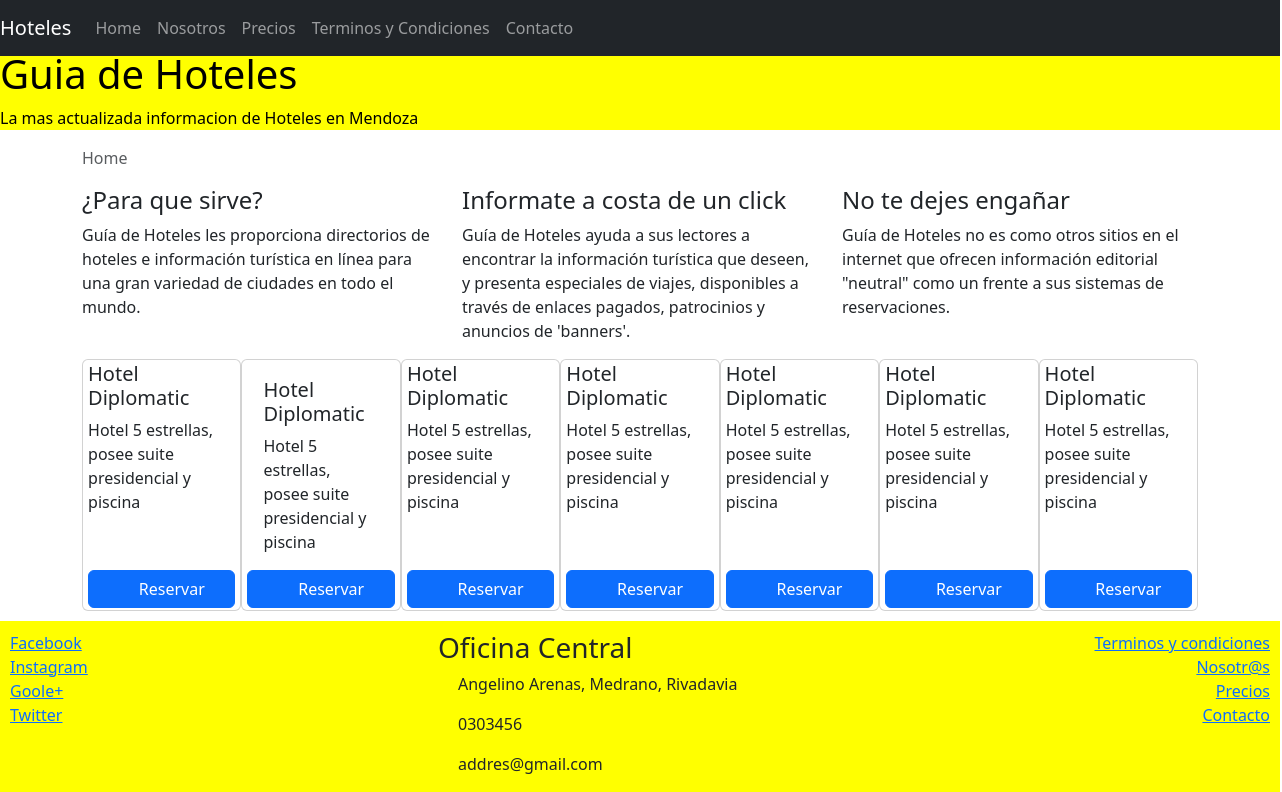
Repository: JulianMoralesSantoni/PaginaHoteles
Page: index.html
An editor plug-in stored every save of this project. The page is shown before and after the next save, followed by the edit.
The browser window is 1280 px wide. The page is 1282 px wide, so the pictures cover 1282 px, including what lies to the right of the window. The pictures show the whole page.
Some web fonts or font styles are not loaded; a fallback is used. Some web libraries are served in a nearby version.

Above is the page before, as saved 2021-03-30 01:08:39.

### index.html
<!doctype html>
<html lang="en">
  <head>
    <!-- Required meta tags -->
    <meta charset="utf-8">
    <meta name="viewport" content="width=device-width, initial-scale=1, shrink-to-fit=no">

    <!-- Bootstrap CSS -->
    <link rel="stylesheet" href="node_modules/bootstrap/dist/css/bootstrap.min.css" >
    <link rel="stylesheet" href="css/main.css" >
    <link rel="stylesheet" href="node_modules/open-iconic/font/css/open-iconic-bootstrap.min.css" >

    <title>Guia de Hoteles</title>
  </head>
  <body>
    <nav class="navbar navbar-expand-md navbar-dark bg-dark fixed-top" >
      <a class="navbar-brand" href="./index.html">Hoteles</a>
      <button class="navbar-toggler" type="button" data-toggle="collapse" data-target="#navbarNav" aria-controls="navbarNav" aria-expanded="false" aria-label="Toggle navigation">
        <span class="navbar-toggler-icon"></span>
      </button>
      <div class="collapse navbar-collapse" id="navbarNav">
        <ul class="navbar-nav">
          <li class="nav-item active">
            <a class="nav-link" href="./index.html">Home </a>
          </li>
          <li class="nav-item">
            <a class="nav-link" href="./about.html">Nosotros</a>
          </li>
          <li class="nav-item">
            <a class="nav-link" href="./Precios.html">Precios</a>
          </li>
          <li class="nav-item">
            <a class="nav-link" href="#">Terminos y Condiciones</a>
          </li>
          <li class="nav-item">
            <a class="nav-link" href="./contacto.html">Contacto</a>
          </li>
        </ul>
      </div>
    </nav>
    <div class="jumbotron">
      <h1>Guia de Hoteles</h1>

      <p>La mas actualizada informacion de Hoteles en Mendoza</p>
    </div>

    <div class="container">
      <nav aria-label="breadcrumb">
        <ol class="breadcrumb">
          <li class="breadcrumb-item active" aria-current="page">Home</li>
        </ol>
      </nav>


       <div class="row">
          <div class="col-sm-4 ">
            <h4>¿Para que sirve?</h4>
                  <p>Guía de Hoteles les proporciona directorios de hoteles e información turística en línea para una gran variedad de ciudades en todo el mundo.</p>
          </div>
          <div class="col-sm-4 ">
            <h4>Informate a costa de un click</h4>
                  <p>Guía de Hoteles ayuda a sus lectores a encontrar la información turística que deseen, y presenta especiales de viajes, disponibles a través de enlaces pagados, patrocinios y anuncios de 'banners'.</p>
          </div>
          <div class="col-sm-4 ">
            <h4>No te dejes engañar</h4>

                  <p>Guía de Hoteles no es como otros sitios en el internet que ofrecen información editorial "neutral" como un frente a sus sistemas de reservaciones.</p>
          </div>



    <div class="d-flex flex-wrap flex-row-reverse">
       <div class=" card card-hotel d-flex flex-column justify-content-between ">
           <div>
             <h5>Hotel Diplomatic</h5>
              <p>Hotel 5 estrellas, posee suite presidencial y piscina</p></div>
              <div><button class="btn btn-primary  btn-reserva"><span class="oi oi-plus footer-address-icon" ></span>Reservar</button></div>
            </div>


    <div class="card card-hotel d-flex flex-column justify-content-between">
      <div> <h5>Hotel Diplomatic</h5>
              <p>Hotel 5 estrellas, posee suite presidencial y piscina</p></div>
              <div><button class="btn btn-primary btn-reserva"><span class="oi oi-plus footer-address-icon" ></span>Reservar</button></div>


    </div>

    <div class="card card-hotel d-flex flex-column justify-content-between">

       <div><h5>Hotel Diplomatic</h5>
              <p>Hotel 5 estrellas, posee suite presidencial y piscina</p></div>
              <div><button class="btn btn-primary btn-reserva"><span class="oi oi-plus footer-address-icon" ></span>Reservar</button></div>

    </div>

    <div class="card card-hotel d-flex flex-column justify-content-between">
       <div><h5>Hotel Diplomatic</h5>
              <p>Hotel 5 estrellas, posee suite presidencial y piscina</p></div>
              <div><button class="btn btn-primary btn-reserva"><span class="oi oi-plus footer-address-icon" ></span>Reservar</button></div>

    </div>

    <div class=" card card-hotel d-flex flex-column justify-content-between">
           <div>
             <h5>Hotel Diplomatic</h5>
              <p>Hotel 5 estrellas, posee suite presidencial y piscina</p></div>
              <div><button class="btn btn-primary  btn-reserva"><span class="oi oi-plus footer-address-icon" ></span>Reservar</button></div>
            </div>

  <div class="card card-hotel d-flex flex-column justify-content-between">
           <div class="card-body">
             <h5 class="card-title">Hotel Diplomatic</h5>
              <p class="card-text">Hotel 5 estrellas, posee suite presidencial y piscina</p></div>
              <div><button class="btn btn-primary  btn-reserva"><span class="oi oi-plus footer-address-icon" ></span>Reservar</button></div>
            </div>
  <div class="card card-hotel d-flex flex-column justify-content-between">
           <div>
             <h5>Hotel Diplomatic</h5>
              <p>Hotel 5 estrellas, posee suite presidencial y piscina</p></div>
              <div><button class="btn btn-primary  btn-reserva"><span class="oi oi-plus footer-address-icon" ></span>Reservar</button></div>
            </div>




    </div>
  </div>
</div>

 <footer>
   <div class="row">
     <div class="col-sm-4 d-flex flex-column ">
      <a href="http:www.facebook.com"><span class="iconic iconic-social-facebook iconic-sm" title="social facebook" aria-hidden="true"></span>Facebook</a>
      <a href="http:www.instagram">Instagram</a>
      <a href="http:www.google.com">Goole+</a>
      <a href="http:www.Twitter.com"><span class="iconic iconic-social-twitter iconic-sm" title="social twitter" aria-hidden="true"></span>Twitter</a>
     </div>
   <div class="col-sm-4">
    <address>
      <h3>Oficina Central</h3>
      <p><span class="oi oi-home footer-address-icon" ></span>Angelino Arenas, Medrano, Rivadavia</p>
      <p><span class="oi oi-phone footer-address-icon" > </span>0303456</p>
      <p><span class="oi oi-inbox footer-address-icon" ></span>addres@gmail.com</p>


    </address>
  </div>
  <div class="col-sm-4 d-flex flex-column align-items-end">
     <a href="http:www.facebook.com">Terminos y condiciones</a>
      <a href="http:www.instagram">Nosotr@s</a>
      <a href="http:www.google.com">Precios</a>
      <a href="http:www.Twitter.com">Contacto</a>


  </div>


 </footer>


    <!-- Optional JavaScript -->
    <!-- jQuery first, then Popper.js, then Bootstrap JS -->
 <!--<script src="node_modules/jquery/dist/jquery.min.js" integrity="sha384-DfXdz2htPH0lsSSs5nCTpuj/zy4C+OGpamoFVy38MVBnE+IbbVYUew+OrCXaRkfj" crossorigin="anonymous"></script>
    <script src="node_modules/popper.js/dist/popper.min.js" integrity="sha384-9/reFTGAW83EW2RDu2S0VKaIzap3H66lZH81PoYlFhbGU+6BZp6G7niu735Sk7lN" crossorigin="anonymous"></script>
    <script src="node_modules/bootstrap/dist/js/bootstrap.min.js" integrity="sha384-B4gt1jrGC7Jh4AgTPSdUtOBvfO8shuf57BaghqFfPlYxofvL8/KUEfYiJOMMV+rV" crossorigin="anonymous"></script> -->
    <script src="https://code.jquery.com/jquery-3.5.1.slim.min.js" integrity="sha384-DfXdz2htPH0lsSSs5nCTpuj/zy4C+OGpamoFVy38MVBnE+IbbVYUew+OrCXaRkfj" crossorigin="anonymous"></script>
<script src="https://cdn.jsdelivr.net/npm/bootstrap@4.5.3/dist/js/bootstrap.bundle.min.js" integrity="sha384-ho+j7jyWK8fNQe+A12Hb8AhRq26LrZ/JpcUGGOn+Y7RsweNrtN/tE3MoK7ZeZDyx" crossorigin="anonymous"></script>
  </body>
</html>

### css/main.css
.jumbotron{

	background-color: yellow;
	color:black;
	margin-top: 50px;

}


footer{
	padding: 10px 10px 0 10px;
	background-color: yellow;

	margin-bottom: : 0px;
	margin-top: 10px;

}
.card-hotel{
	flex: 1 150px;
	padding: 2px 5px 2px 5px;

}
.btn-reserva{
	width: 100%;
	position: all;


}
.footer-address-icon{

	padding-right: 20px;
}

After the next save:
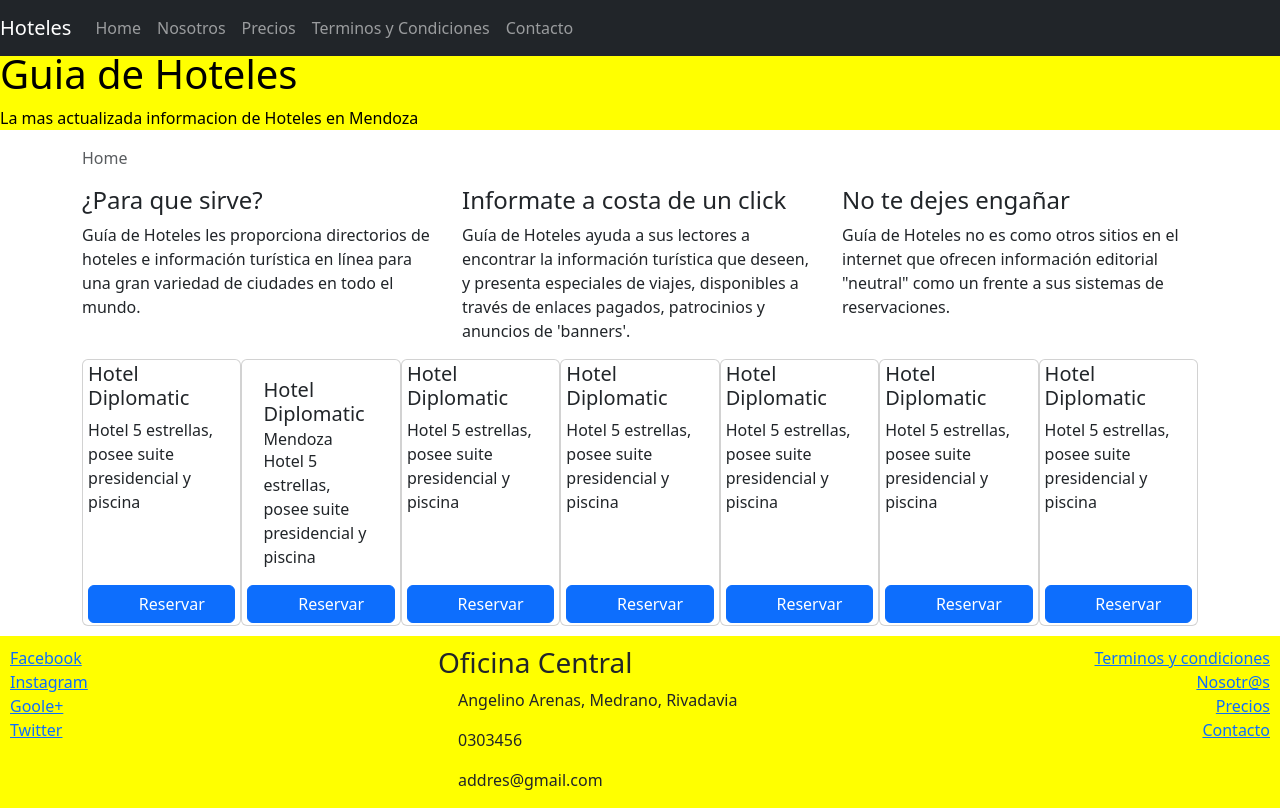
Saved 96 s later.
--- a/index.html
+++ b/index.html
@@ -111,6 +111,7 @@
   <div class="card card-hotel d-flex flex-column justify-content-between">
            <div class="card-body">
              <h5 class="card-title">Hotel Diplomatic</h5>
+             <h6 class="card-subtitle">Mendoza</h6>
               <p class="card-text">Hotel 5 estrellas, posee suite presidencial y piscina</p></div>
               <div><button class="btn btn-primary  btn-reserva"><span class="oi oi-plus footer-address-icon" ></span>Reservar</button></div>
             </div>
